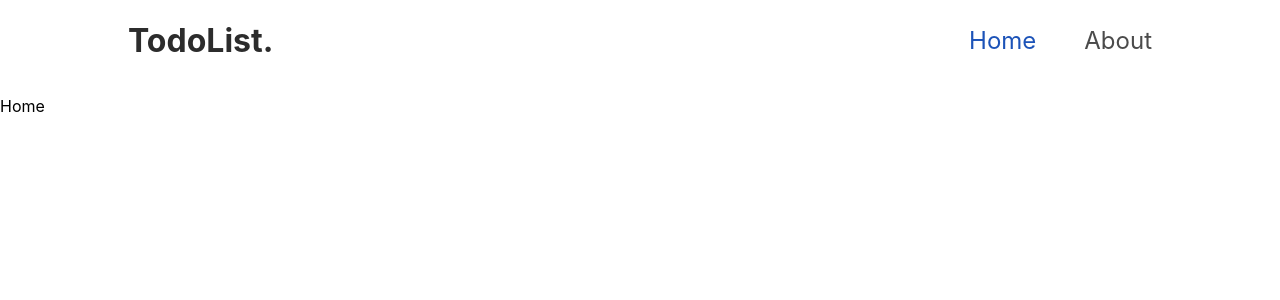
Repository: dqhuy153/react-todoList
Page: /
The author's editor kept a copy of each file at every save. The page is drawn from the files as they stood at one save, then again after the next save.
The browser window is 1280 px wide. The pictures show the whole page.
The project was rebuilt for these pictures with package versions that can differ from the ones it lists, and the page was loaded fresh each time. Also part of the build but not shown: src/components/UI/LoadingSpinner.module.scss.

Above is the page before, as saved 2021-09-16 19:17:09.

After the next save:
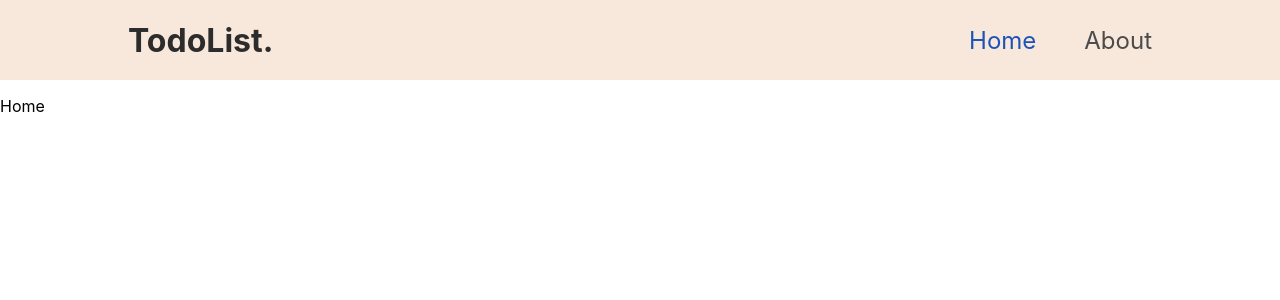
Saved 12 s later.
--- a/src/components/layout/AppNavigation.module.scss
+++ b/src/components/layout/AppNavigation.module.scss
@@ -4,7 +4,7 @@
   display: flex;
   align-items: center;
   justify-content: space-between;
-  background-color: #ffffff;
+  background-color: #f8e7db;
   padding: 0 10%;
 }
 
